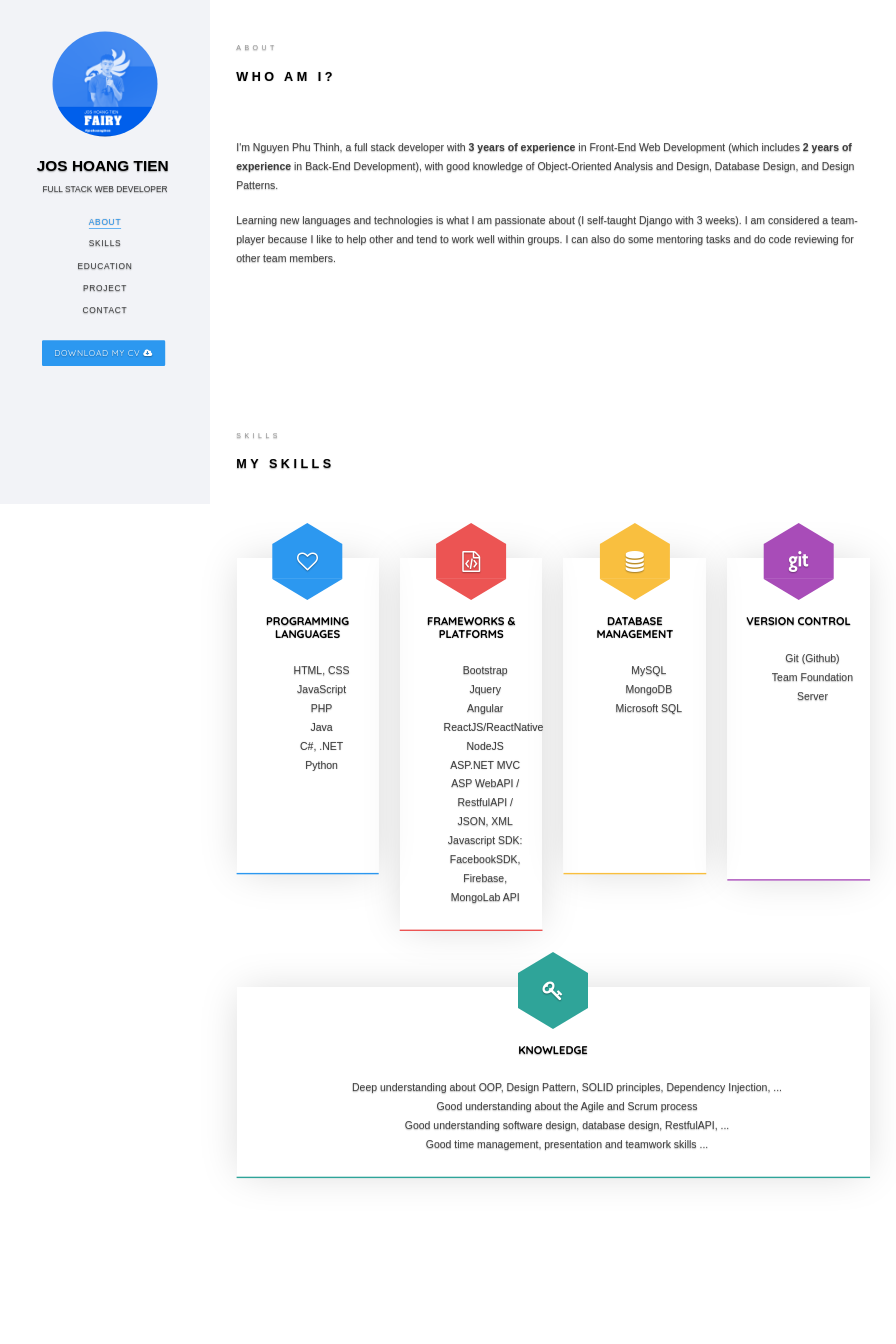
Repository: thinhnpptit/my-cv
Page: index.html
An editor plug-in stored every save of this project. The page is shown before and after the next save, followed by the edit.
The browser window is 1280 px wide. The pictures show the part of the page from y = 0 to 1920 px (the page is 4406 px tall before and 4302 px after), at 70% of full size.
Some web fonts or font styles are not loaded; a fallback is used.

Above is the page before, as saved 2021-06-22 22:03:06.
Console error: TypeError: $(...).stick_in_parent is not a function

### index.html

<!DOCTYPE HTML>
<html>
	<head>
	<meta charset="utf-8">
	<meta http-equiv="X-UA-Compatible" content="IE=edge">
	<title>MY CV</title>
	<meta name="viewport" content="width=device-width, initial-scale=1">
	<meta name="description" content="" />
	<meta name="keywords" content="" />
	<meta name="author" content="" />

  <!-- Facebook and Twitter integration -->
	<meta property="og:title" content=""/>
	<meta property="og:image" content=""/>
	<meta property="og:url" content=""/>
	<meta property="og:site_name" content=""/>
	<meta property="og:description" content=""/>
	<meta name="twitter:title" content="" />
	<meta name="twitter:image" content="" />
	<meta name="twitter:url" content="" />
	<meta name="twitter:card" content="" />

	<!-- Place favicon.ico and apple-touch-icon.png in the root directory -->
	<link rel="shortcut icon" href="favico.png">

	<link href="https://fonts.googleapis.com/css?family=Quicksand:300,400,500,700" rel="stylesheet">
	<link href="https://fonts.googleapis.com/css?family=Playfair+Display:400,400i,700" rel="stylesheet">

	<!-- Animate.css -->
	<link rel="stylesheet" href="css/animate.css">
	<!-- Icomoon Icon Fonts-->
	<link rel="stylesheet" href="css/icomoon.css">
	<!-- Bootstrap  -->
	<link rel="stylesheet" href="css/bootstrap.css">
	<!-- Flexslider  -->
	<link rel="stylesheet" href="css/flexslider.css">
	<!-- Flaticons  -->
	<link rel="stylesheet" href="fonts/flaticon/font/flaticon.css">
	<!-- Owl Carousel -->
	<link rel="stylesheet" href="css/owl.carousel.min.css">
	<link rel="stylesheet" href="css/owl.theme.default.min.css">
	<!-- Theme style  -->
	<link rel="stylesheet" href="css/style.css">
	<!-- Font Waresome -->
	<link rel="stylesheet" href="https://cdnjs.cloudflare.com/ajax/libs/font-awesome/4.7.0/css/font-awesome.min.css">

	<!-- Modernizr JS -->
	<script src="js/modernizr-2.6.2.min.js"></script>
	<!-- FOR IE9 below -->
	<!--[if lt IE 9]>
	<script src="js/respond.min.js"></script>
	<![endif]-->

	</head>
	<body>
	<div id="colorlib-page">
		<div class="container-wrap">
		<a href="#" class="js-colorlib-nav-toggle colorlib-nav-toggle" data-toggle="collapse" data-target="#navbar" aria-expanded="false" aria-controls="navbar"><i></i></a>
		<aside id="colorlib-aside" role="complementary" class="border js-fullheight">
			<div class="text-center">
				<div class="author-img" style="background-image: url(images/avatar.jpg);"></div>
				<h1 id="colorlib-logo"><a href="index.html">JOS HOANG TIEN</a></h1>
				<span class="position">Full Stack Web Developer</span>
			</div>
			<nav id="colorlib-main-menu" role="navigation" class="navbar">
				<div id="navbar" class="collapse">
					<ul>
						<li class="active"><a href="#" data-nav-section="about">About</a></li>
						<li><a href="#" data-nav-section="skills">Skills</a></li>
						<li><a href="#" data-nav-section="education">Education</a></li>
						<li><a href="#" data-nav-section="experience">Project</a></li>
						<li><a href="#" data-nav-section="contact">Contact</a></li>
					</ul>
				</div>
			</nav>

			<div class="colorlib-footer">
				<a href="https://github.com/lamsaodecode/cv/blob/master/cv.pdf" target="_blank" class="btn btn-primary btn-learn text-center">Download My CV <i class="fa fa-cloud-download" aria-hidden="true"></i></a>
			</div>

		</aside>

		<div id="colorlib-main">
			<section class="colorlib-about" data-section="about">
				<div class="colorlib-narrow-content">
					<div class="row">
						<div class="col-md-12">
							<div class="row row-bottom-padded-sm animate-box" data-animate-effect="fadeInLeft">
								<div class="col-md-12">
									<div class="about-desc">
										<span class="heading-meta">ABOUT</span>
										<h2 class="colorlib-heading">Who Am I?</h2>
										<p>I'm Nguyen Phu Thinh, a full stack developer with <strong>3 years of experience</strong> in Front-End Web Development (which includes <strong>2 years of experience</strong> in Back-End Development), with good knowledge of Object-Oriented
											Analysis and Design, Database Design, and Design Patterns.</p>
										<p>Learning new languages and technologies is what I am passionate about (I self-taught Django with 3 weeks). I am considered a team-player because I like to help other and tend to work well within groups. I can also do some mentoring tasks and do code reviewing for other team members.</p>
										<!-- <span>Target: -->
										</span>
									</div>
								</div>
							</div>
						</div>
					</div>
				</div>
			</section>


			<section class="colorlib-skills" data-section="skills">
				<div class="colorlib-narrow-content">
					<div class="row">
						<div class="col-md-6 col-md-offset-3 col-md-pull-3 ">
							<span class="heading-meta">SKILLS</span>
							<h2 class="colorlib-heading">MY SKILLS</h2>
						</div>
					</div>
					<div class="row row-pt-md">
						<div class="col-md-3 text-center animate-box">
							<div class="services color-1">
								<span class="icon">
									<i class="fa fa-heart-o" aria-hidden="true"></i>
								</span>
								<div class="desc">
									<h3>PROGRAMMING LANGUAGES</h3>
									<ul>
										<li>HTML, CSS</li>
										<li>JavaScript</li>
										<li>PHP</li>
										<li>Java</li>
										<li>C#, .NET</li>
										<li>Python</li>
										<br>
										<br>
										<br>
									</ul>
									<br>
								</div>
							</div>
						</div>
						<div class="col-md-3 text-center animate-box">
							<div class="services color-2">
								<span class="icon">
									<i class="fa fa-file-code-o" aria-hidden="true"></i>
								</span>
								<div class="desc">
									<h3>FRAMEWORKS & PLATFORMS
									</h3>
									<ul>
										<li>Bootstrap</li>
										<li>Jquery</li>
										<li>Angular</li>
										<li>ReactJS/ReactNative</li>
										<li>NodeJS</li>
										<li>ASP.NET MVC</li>
										<li>ASP WebAPI / RestfulAPI / JSON, XML</li>
										<li>Javascript SDK: FacebookSDK, Firebase, MongoLab API</li>
									</ul>
								</div>
							</div>
						</div>
						<div class="col-md-3 text-center animate-box">
							<div class="services color-3">
								<span class="icon">
									<i class="fa fa-database" aria-hidden="true"></i>
								</span>
								<div class="desc">
									<h3>Database Management</h3>
									<ul>
										<li>MySQL</li>
										<li>MongoDB</li>
										</li>Microsoft SQL</li>
										<br>
										<br>
										<br>
										<br>
										<br>
										<br>
										<br>
										<br>
									</ul>
								</div>
							</div>
						</div>
						<div class="col-md-3 text-center animate-box">
							<div class="services color-4">
								<span class="icon">
									<i class="fa fa-git" aria-hidden="true"></i>
								</span>
								<div class="desc">
									<h3>VERSION CONTROL</h3>
									<ul>
										<li>Git (Github)</li>
										<li>Team Foundation Server</li>
										<br>
										<br>
										<br>
										<br>
										<br>
										<br>
										<br>
										<br>
									</ul>
								</div>
							</div>
						</div>
						<div class="col-md-12 text-center animate-box">
							<div class="services color-5">
								<span class="icon">
									<i class="fa fa-key" aria-hidden="true"></i>
								</span>
								<div class="desc">
									<h3>KNOWLEDGE</h3>
									<ul>
										<li>Deep understanding about OOP, Design Pattern, SOLID principles, Dependency Injection, ...</li>
										<li>Good understanding about the Agile and Scrum process</li>
										<li>Good understanding software design, database design, RestfulAPI, ...</li>
										<li>Good time management, presentation and teamwork skills ...</li>
									</ul>
								</div>
							</div>
						</div>
					</div>
				</div>
			</section>



			<section class="colorlib-education" data-section="education">
				<div class="colorlib-narrow-content">
					<div class="row">
						<div class="col-md-6 col-md-offset-3 col-md-pull-3 animate-box" data-animate-effect="fadeInLeft">
							<h2 class="colorlib-heading animate-box">EDUCATION</h2>
						</div>
					</div>
					<div class="row">
						<div class="col-md-12 animate-box" data-animate-effect="fadeInLeft">
							<div class="fancy-collapse-panel">
								<div class="panel-group" id="accordion" role="tablist" aria-multiselectable="true">
									<div class="panel panel-default">
									    <div class="panel-heading" role="tab" id="headingOne">
									        <h4 class="panel-title">
									            <a data-toggle="collapse" data-parent="#accordion" href="#collapseOne" aria-expanded="true" aria-controls="collapseOne">2015 - 2018</a>
									        </h4>
									    </div>
									    <div id="collapseOne" class="panel-collapse collapse in" role="tabpanel" aria-labelledby="headingOne">
									         <div class="panel-body">
									            <div class="row">
										      		<div class="col-md-6">
														  <p>Currently a former student of FPT University</p>
														  <p>Team leader in the Capstone Project. Highest Capstone Project score in that semester.</p>
										      		</div>
										      		<div class="col-md-6">
										      			<p>FPT University, Vietnam</p>
										      		</div>
										      	</div>
									         </div>
									    </div>
									</div>
								</div>
							</div>

						</div>
					</div>
					<div class="row">
						<div class="col-md-12 animate-box" data-animate-effect="fadeInLeft">
							<div class="fancy-collapse-panel">
								<div class="panel-group" id="accordion" role="tablist" aria-multiselectable="true">
									<div class="panel panel-default">
									    <div class="panel-heading" role="tab" id="headingOne">
									        <h4 class="panel-title">
									            <a data-toggle="collapse" data-parent="#accordion" href="#collapseOne" aria-expanded="true" aria-controls="collapseOne">2019 - 2021</a>
									        </h4>
									    </div>
									    <div id="collapseOne" class="panel-collapse collapse in" role="tabpanel" aria-labelledby="headingOne">
									         <div class="panel-body">
									            <div class="row">
										      		<div class="col-md-6">
														  <p>Currently a student at Bach Khoa Aptech School</p>
														  <p>Participated in The Face contests</p>
										      		</div>
										      		<div class="col-md-6">
										      			<p>Bach Khoa Aptech Educational System</p>
										      		</div>
										      	</div>
									         </div>
									    </div>
									</div>
								</div>
							</div>

						</div>
					</div>
				</div>
			</section>

			<section class="colorlib-experience" data-section="experience">
				<div class="colorlib-narrow-content">
					<div class="row">
						<div class="col-md-6 col-md-offset-3 col-md-pull-3 animate-box" data-animate-effect="fadeInLeft">
							<h2 class="colorlib-heading animate-box">EXPERIENCES</h2>
						</div>
					</div>
					<div class="row">
						<div class="col-md-12">
				         <div class="timeline-centered">
					         <article class="timeline-entry animate-box" data-animate-effect="fadeInLeft">
					            <div class="timeline-entry-inner">
					               <div class="timeline-icon color-1">
										<i class="fa fa-pencil-square-o" aria-hidden="true"></i>
					               </div>

					               <div class="timeline-label">
					                  	<h2><a href="#">08/2016</a><span></span></h2>
										<p><strong>Project:</strong> Social Forum</p>
										<p><strong>Project Description:</strong> A free forum that provides lessons, fun activities, sharing experiences, and more. Interact whenever you want.</p>
										<p><strong>Team Size:</strong> 1</p>
										<p><strong>Accomplishments:</strong> Learned the optimization of each command line, the frameworks of each command line at execution</p>
										<p><strong>Technologies:</strong> HTML/CSS/JavaScript, Jquery, PHP, MySQL</p>
										<!-- <div class="text-center">
											<a name="" id="" class="btn btn-primary" href="#" role="button">View Page</a>
										</div> -->
										<div class="list-img text-center">
											<!-- Images -->
										</div>
								   </div>
								   <br>
								</div>
					         </article>
					      </div>
					   </div>
					   <div class="col-md-12">
						<div class="timeline-centered">
							<article class="timeline-entry animate-box" data-animate-effect="fadeInLeft">
							   <div class="timeline-entry-inner">
								  <div class="timeline-icon color-1">
										<i class="fa fa-pencil-square-o" aria-hidden="true"></i>
								  </div>

								  <div class="timeline-label">
										<h2><a href="#">2018 - PRESENT</a><span></span></h2>
									   <p>Join project development with the team</p>
									   <p>Teaching assistant at vteam</p>
									   <!-- <div class="text-center">
										   <a name="" id="" class="btn btn-primary" href="#" role="button">View Page</a>
									   </div> -->
									   <div class="list-img text-center">
										   <!-- Image -->
									   </div>
								  </div>
								  <br>
							   </div>
							</article>
						 </div>
					  </div>
				   </div>
				</div>
			</section>

			<section class="colorlib-contact" data-section="contact">
				<div class="colorlib-narrow-content">
					<div class="row">
						<div class="col-md-6 col-md-offset-3 col-md-pull-3 animate-box" data-animate-effect="fadeInLeft">
							<span class="heading-meta">CONTACT</span>
							<h2 class="colorlib-heading">My Contact</h2>
						</div>
					</div>
					<div class="row">
						<div class="col-md-12">
							<div class="colorlib-feature colorlib-feature-sm animate-box" data-animate-effect="fadeInLeft">
								<div class="colorlib-icon">
									<i class="fa fa-envelope-o" aria-hidden="true"></i>
								</div>
								<div class="colorlib-text">
									<p><a href="mailto:hoangtienaptech@gmail.com">hoangtienaptech@gmail.com</a></p>
								</div>
							</div>
							<div class="colorlib-feature colorlib-feature-sm animate-box" data-animate-effect="fadeInLeft">
								<div class="colorlib-icon">
									<i class="fa fa-map-marker" aria-hidden="true"></i>
								</div>
								<div class="colorlib-text">
									<p><a href="">238 Hoang Quoc Viet, Bac Tu Lien, Hanoi</a></p>
								</div>
							</div>
							<div class="colorlib-feature colorlib-feature-sm animate-box" data-animate-effect="fadeInLeft">
								<div class="colorlib-icon">
									<i class="fa fa-phone" aria-hidden="true"></i>
								</div>
								<div class="colorlib-text">
									<p><a href="tel:+84393932114">+84393932114</a></p>
								</div>
							</div>
						</div>
					</div>
				</div>
			</section>

		</div><!-- end:colorlib-main -->
	</div><!-- end:container-wrap -->
	</div><!-- end:colorlib-page -->

	<!-- jQuery -->
	<script src="js/jquery.min.js"></script>
	<!-- jQuery Easing -->
	<script src="js/jquery.easing.1.3.js"></script>
	<!-- Bootstrap -->
	<script src="js/bootstrap.min.js"></script>
	<!-- Waypoints -->
	<script src="js/jquery.waypoints.min.js"></script>
	<!-- Flexslider -->
	<script src="js/jquery.flexslider-min.js"></script>
	<!-- Owl carousel -->
	<script src="js/owl.carousel.min.js"></script>
	<!-- Counters -->
	<script src="js/jquery.countTo.js"></script>

	<!-- MAIN JS -->
	<script src="js/main.js"></script>

	</body>
</html>

Loaded but not shown: css/animate.css (library); css/bootstrap.css (library); css/owl.carousel.min.css (library); css/owl.theme.default.min.css (common file); js/modernizr-2.6.2.min.js (library); js/jquery.min.js (library); js/jquery.easing.1.3.js (library); js/bootstrap.min.js (library); js/jquery.waypoints.min.js (library); js/jquery.flexslider-min.js (library); js/owl.carousel.min.js (library); js/jquery.countTo.js (library); js/main.js (310 lines, source omitted); css/style.css (1927 lines, source omitted); css/flexslider.css (275 lines, source omitted)

After the next save:
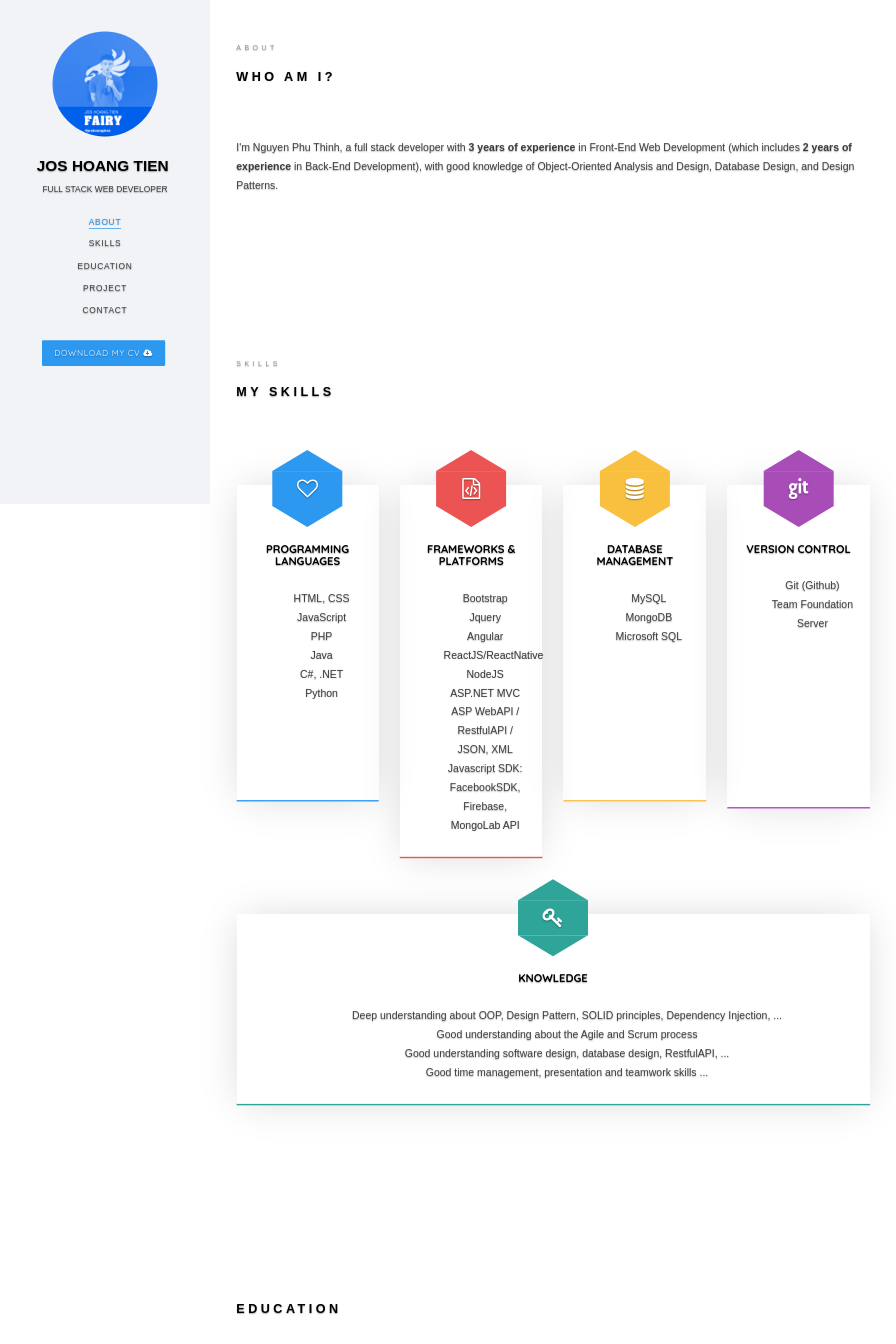
Saved 23 s later.
--- a/index.html
+++ b/index.html
@@ -93,7 +93,7 @@
 										<h2 class="colorlib-heading">Who Am I?</h2>
 										<p>I'm Nguyen Phu Thinh, a full stack developer with <strong>3 years of experience</strong> in Front-End Web Development (which includes <strong>2 years of experience</strong> in Back-End Development), with good knowledge of Object-Oriented
 											Analysis and Design, Database Design, and Design Patterns.</p>
-										<p>Learning new languages and technologies is what I am passionate about (I self-taught Django with 3 weeks). I am considered a team-player because I like to help other and tend to work well within groups. I can also do some mentoring tasks and do code reviewing for other team members.</p>
+										<!-- <p>Learning new languages and technologies is what I am passionate about (I self-taught Django with 3 weeks). I am considered a team-player because I like to help other and tend to work well within groups. I can also do some mentoring tasks and do code reviewing for other team members.</p> -->
 										<!-- <span>Target: -->
 										</span>
 									</div>
